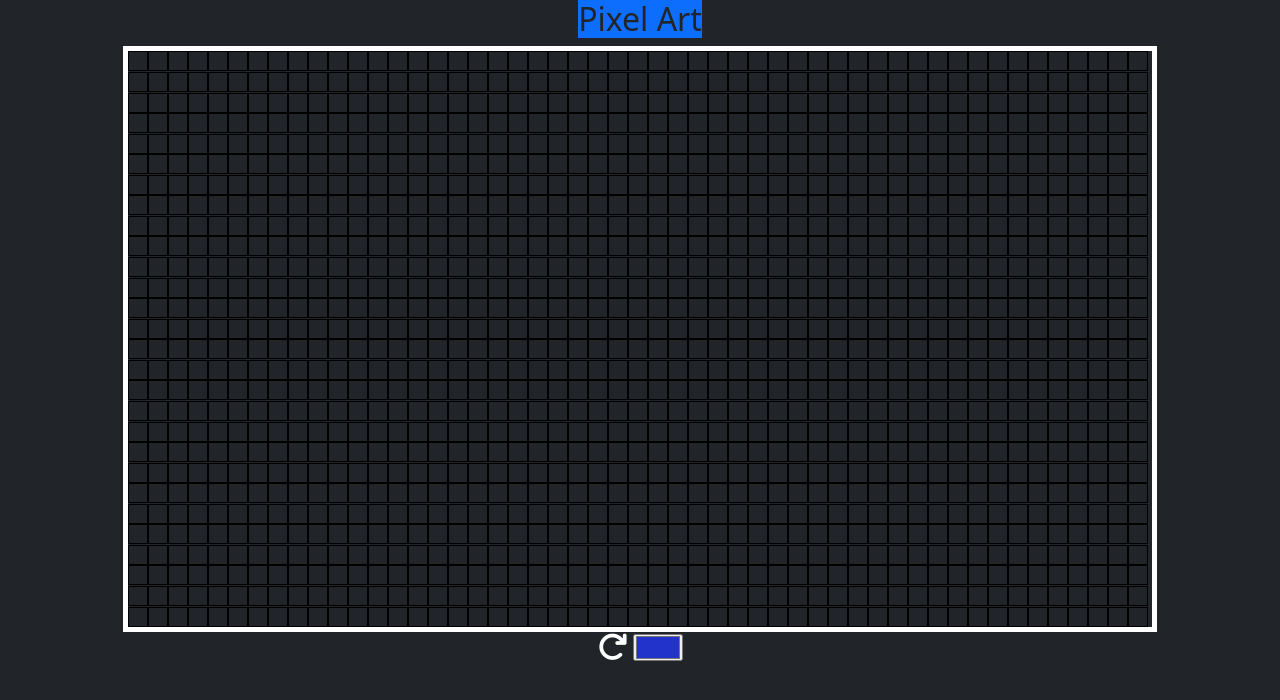
Repository: bechara611/pixelartdb
Page: /
These files come from the project's save history. The page is drawn as it stood at one moment and after the next save; the edit follows.
The browser window is 1280 px wide. The pictures show the whole page.
Some web libraries are served in a nearby version. The project was rebuilt for these pictures with package versions that can differ from the ones it lists, and the page was loaded fresh each time. Also part of the build but not shown: vite.config.js.

Above is the page before, as saved 2023-03-07 13:50:34.

After the next save:
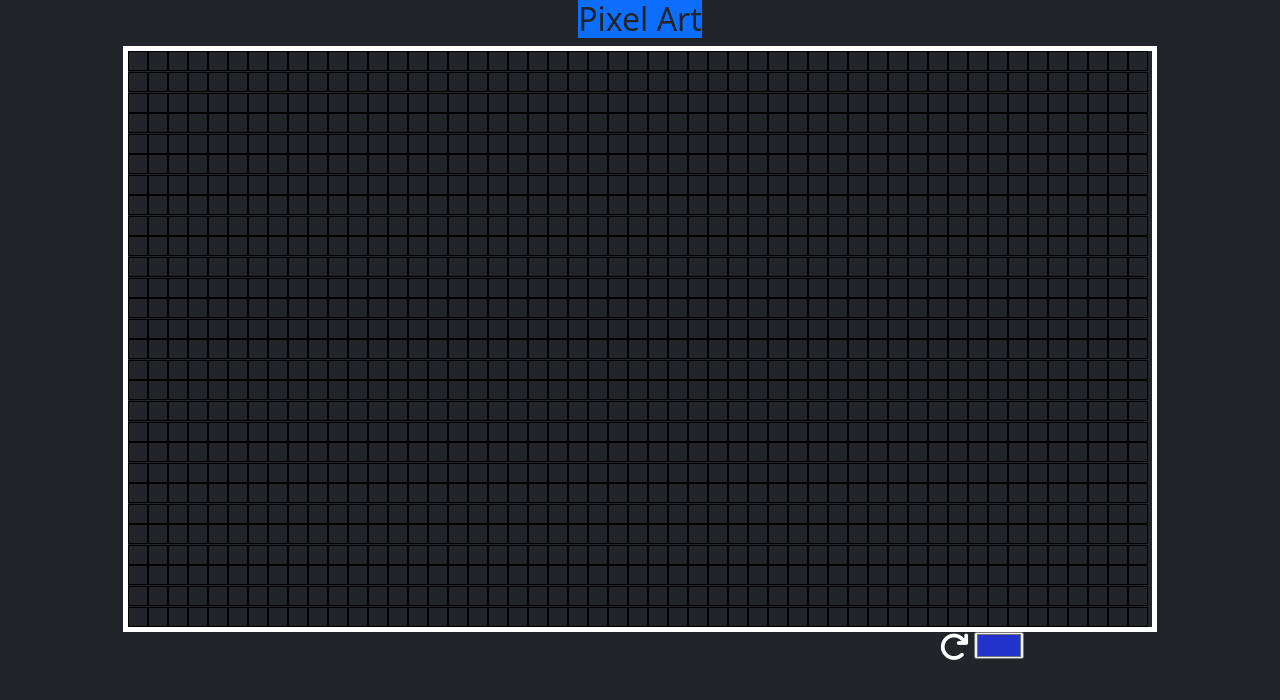
Saved 12 s later.
--- a/src/App.jsx
+++ b/src/App.jsx
@@ -82,7 +82,7 @@ const App = () => {
           </div>
         </div>
         <div className="col-12 contenedor-06 ">
-          <div className="contenedor-mayor derecha">
+          <div className="contenedor-mayor2 derecha">
           <i className="fa-solid fa-arrow-rotate-right  icono"></i>
             <input type="color" value={colorActual}  onChange={(e) => { setcolorActual(e.target.value) }} />
           </div>
